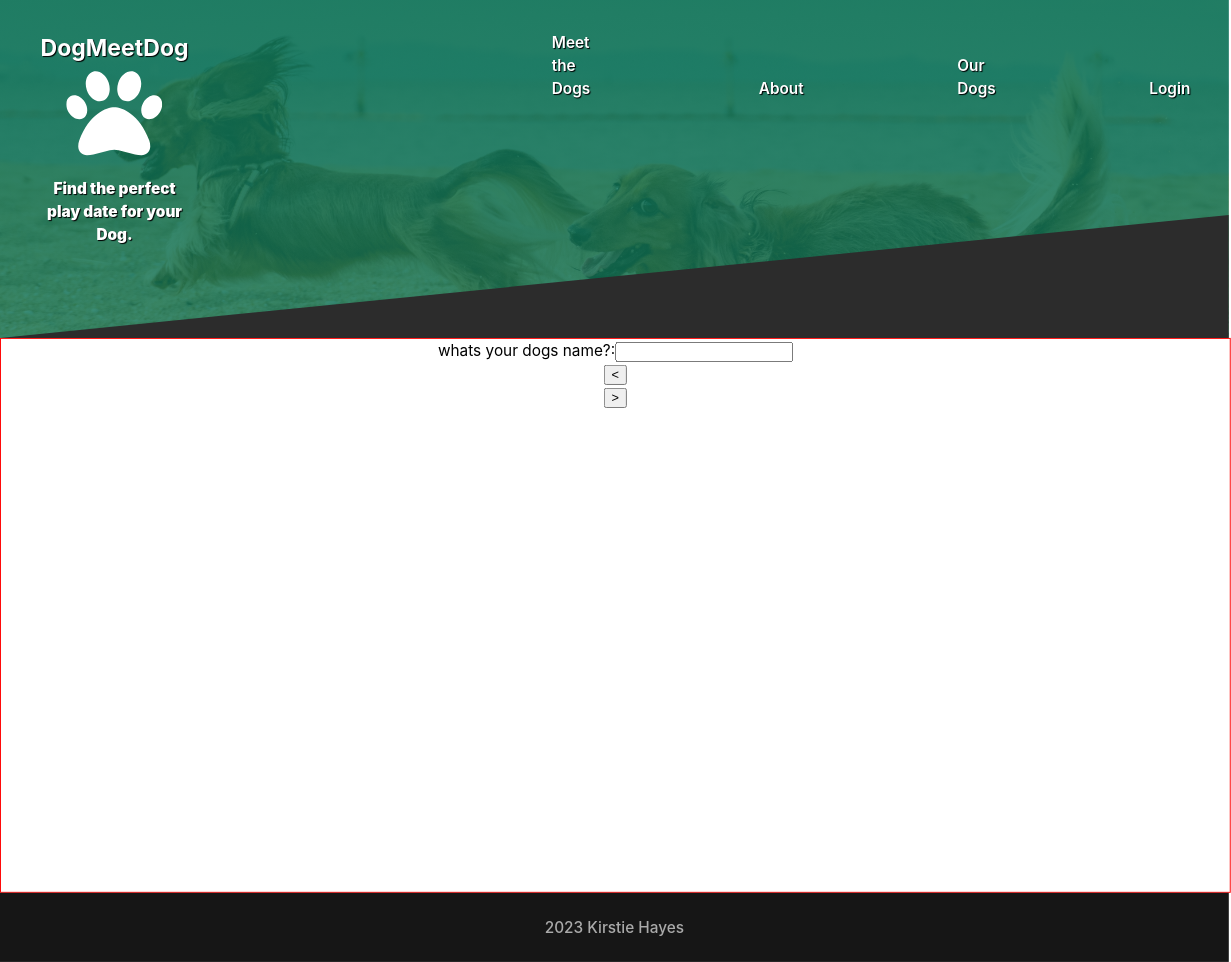
Repository: epixieme/dogmeetdog
Page: /questions (app in client/)
An editor plug-in stored every save of this project. The page is shown before and after the next save, followed by the edit.
The browser window is 1280 px wide. The page is 1282 px wide, then 1280 px, so the pictures cover 1282 px, including what lies to the right of the window. The pictures show the whole page, at 96% of full size.
Some web libraries are served in a nearby version. The project was rebuilt for these pictures with package versions that can differ from the ones it lists, and the page was loaded fresh each time. Also part of the build but not shown: client/vite.config.ts, client/src/components/Shared/Headers/Dashboard-Header/dashboardHeader.css, client/src/components/Shared/Headers/Dashboard-Header/DashboardHeader.tsx, client/src/components/Layouts/Login_Layout.tsx, client/src/components/Shared/ErrorMessage/ErrorMessage.tsx, client/src/components/Shared/Loader/Loader.tsx, client/src/pages/LoggedOut/Home.tsx, client/src/pages/LoggedOut/About/About.tsx and 10 more.

Above is the page before, as saved 2024-01-29 10:05:15.

After the next save:
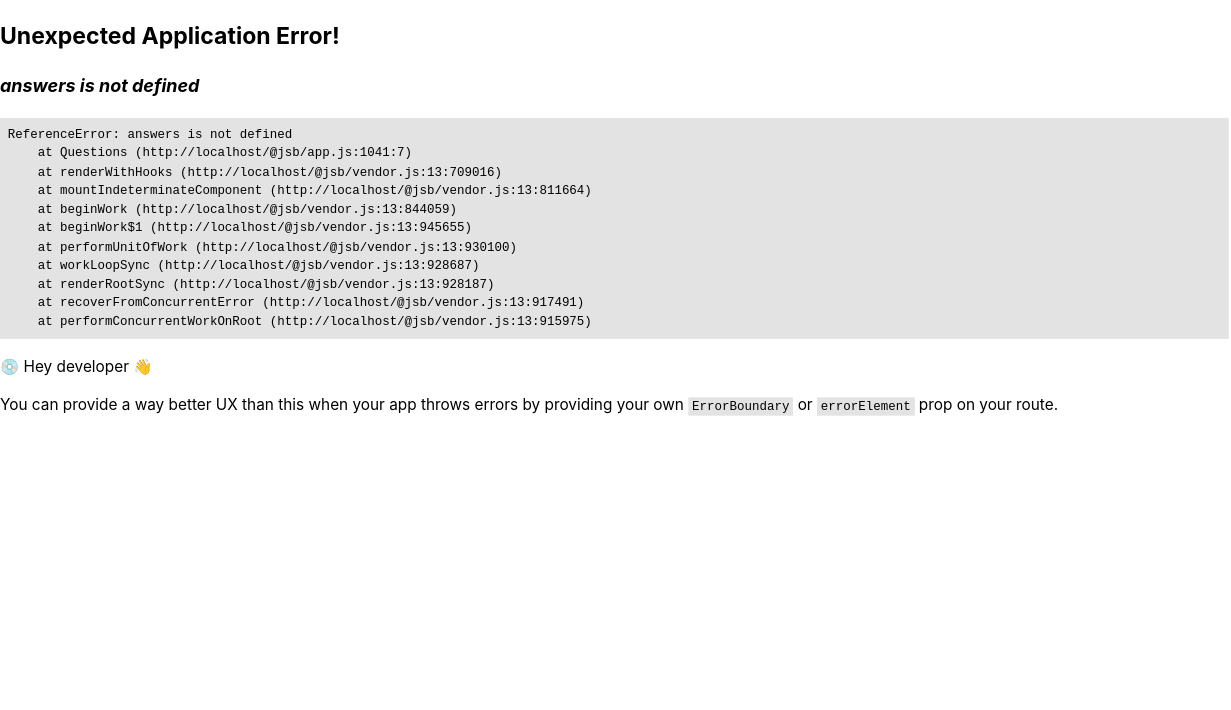
Console error: ReferenceError: answers is not defined
Saved 69 s later.
--- a/client/src/pages/SignUp/QuestionPage.tsx
+++ b/client/src/pages/SignUp/QuestionPage.tsx
@@ -25,7 +25,7 @@ export default function Questions(initialAnswer = "") {
     const answers = JSON.stringify(allAnswers);
     // window.localStorage.setItem("answer", answer);
     window.localStorage.setItem("answers", answers);
-  },[allAnswers]);
+  },[answers]);
 
   console.log(answer);
   const { questionText, currentScreen, nextScreen, previousScreen } =
